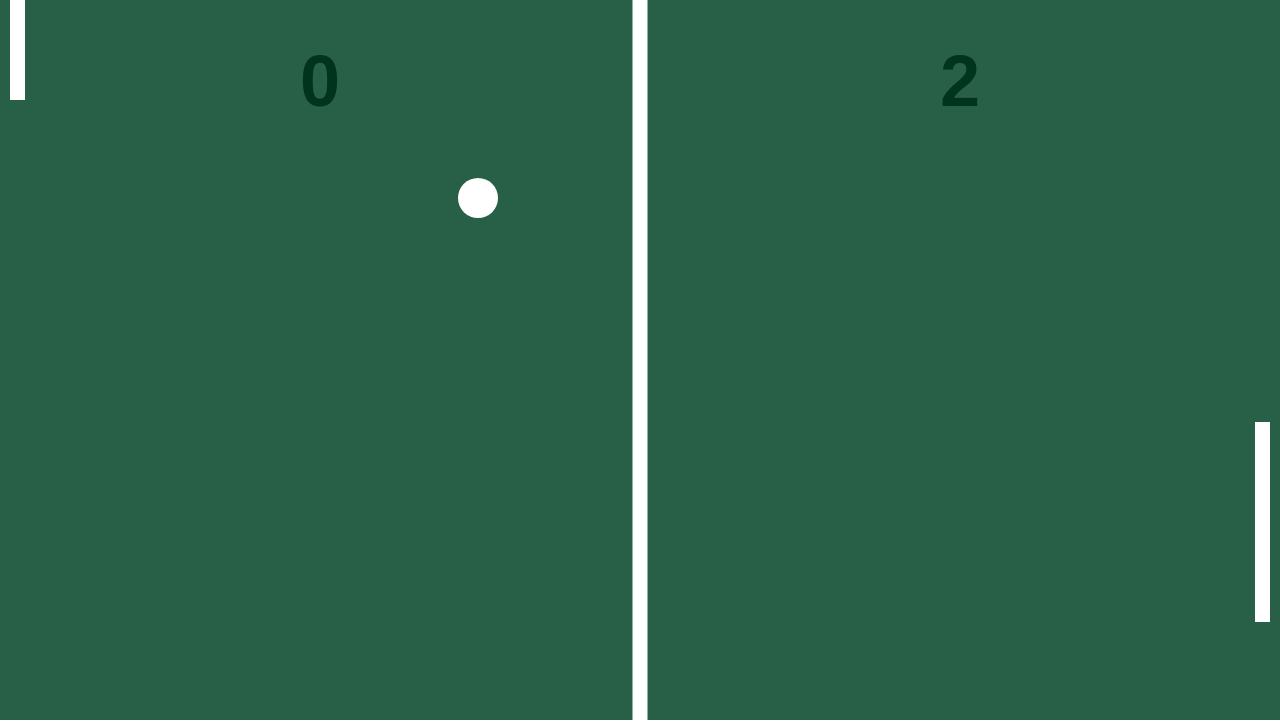
Repository: carlosrobertofigueiredo/Projeto-Ping-Pong
Page: index.html
These files come from the project's save history. The page is drawn as it stood at one moment and after the next save; the edit follows.
The browser window is 1280 px wide. The pictures show the whole page.

Above is the page before, as saved 2023-05-01 18:23:13.

### index.html
<!DOCTYPE html>
<html lang="en">
  <head>
    <meta charset="UTF-8" />
    <meta http-equiv="X-UA-Compatible" content="IE=edge" />
    <meta name="viewport" content="width=device-width, initial-scale=1.0" />
    <title>Jogo Ping-Pong</title>
    <style>
      * {
        overflow: hidden;
        margin: 0;
        padding: 0;
      }
   </style>
  </head>
  <body>
    <canvas></canvas>
    <script>
      //Captura o elemento canvas do DOM
      const canvasEl = document.querySelector("canvas"),
        canvasCtx = canvasEl.getContext("2d"),
        gapX = 10 //gapX = afastamento da raquete em relação a borda

        const mouse = { x: 0, y: 0}

      const field = {
        w: window.innerWidth,
        h: window.innerHeight,
        draw: function () {
          canvasCtx.fillStyle = "#286047" //fillStyle define o estilo do objeto
          canvasCtx.fillRect(0, 0, this.w, this.h) //fillRect define as medidas do retângulo, this - faz referência ao objeto interno
        },
      }

      const line = {
        w: 15,
        h: field.h,
        draw: function(){
          canvasCtx.fillStyle = "#ffffff"

         // desenha linha central
         canvasCtx.fillRect(field.w / 2 - this.w / 2, 0, this.w, this.h) // field faz referência ao objeto da cons field e o this aos parâmetros internos do próprio objeto

           /* const x = window.innerHeight / 2 - lineWidth / 2 //largura do campo dividido por dois e a largura divida por dois, caso queira mudar a espessura da linha no futuro fica mais fácil para centralizar a linha
        const y = 0 // onde começa a linha
        const w = lineWidth  //largura é a própria linha
        const h = window.innerHeight

        canvasCtx.fillRect(x,y,w,h) */

        },
      }

      const leftPaddle = {
        x: gapX,
        y: 0,
        w: line.w,
        h: 200,
        _move: function(){
          this.y = mouse.y - this.h / 2 //a raquete se orienta pelo movimento do mouse e o this.h/2 coloca o ponteiro do mouse no meio da raquete
        },
        draw: function(){
          canvasCtx.fillStyle = "#ffffff"
          // desenha a raquete esquerda
        canvasCtx.fillRect(this.x, this.y, this.w, this.h)  //  this.x = afastamento da raquete da borda), this.y = altura da raquete em relação ao topo,  this.w = largura da linha, this.h = altura da raquete

         this._move() // chama a função move para controlar a raquete
       },
      }


      const rightPaddle = {
        x: field.w - line.w - gapX,
        y: 0,
        w: line.w,
        h: 200,
        speed: 5,
        _move: function () {
          if (this.y + this.h / 4 < ball.y + ball.r) {
            this.y += this.speed
          } else {
            this.y -= this.speed
          }
        },

        speedUp: function() {
          this.speed += 2

        },

        draw: function(){
          canvasCtx.fillStyle = "#ffffff"
         // desenha a raquete direita
        canvasCtx.fillRect(this.x, this.y, this.w, this.h)  //  this.x = afastamento da raquete da borda), this.y = altura da raquete em relação ao topo,  this.w = largura da linha, this.h = altura da raquete

          this._move()
       },
      }

      const score = {
        human: 0,
        computer: 0,
        increaseHuman: function () {
          this.human++
        },
        increaseComputer: function () {
          this.computer++
        },
        draw: function(){

          // desenha o placar
        canvasCtx.font = "bold 72px Arial"
        canvasCtx.textAlign = "center"
        canvasCtx.textBaseline = "top"
        canvasCtx.fillStyle = "#01341D"
        canvasCtx.fillText(this.human, field.w / 4, 50) //primeiro parâmetro é o texto do placar = 3, o segundo parâmento é o primeiro 1/4 do campo = window.innerWidth / 4, o terceiro parâmetro é o y que corresponde a altura do placar.
        canvasCtx.fillText(this.computer, field.w / 4 + field.w / 2, 50)

        },

      }

      const ball = {

        x: 0,
        y: 0,
        r:  20,
        speed: 5,
        directionX: 1, //diz a trajetória da bolinha, 1 = bolinha indo pra frente e -1 bolinha pra trás.
        directionY: 1, //diz a trajetória da bolinha, 1 = bolinha indo pra baixo e -1 bolinha pra cima.

        _calcPosition: function(){

          // verifica se o jogador 1 fez um ponto (x > largura do campo)
          if (this.x > field.w - this.r - rightPaddle.w - gapX) {
            // verifica se a raquete direita está na posição y da bola
            if (
              this.y + this.r > rightPaddle.y &&
              this.y - this.r < rightPaddle.y + rightPaddle.h
            ) {
              // rebate a bola intervertendo o sinal de X
              this._reverseX()
            } else {
              // pontuar o jogador 1
              score.increaseHuman()
              this._pointUp()
            }
          }
           // verifica se o jogador 2 fez um ponto
           if (this.x < this.r + leftPaddle.w + gapX) {
            // verifica se a raquete esquerda está na posição y da bola
            if (this.y + this.r > leftPaddle.y && this.y - this.r < leftPaddle.y + leftPaddle.h){
               // rebate a bola intervertendo o sinal de X
               this._reverseX()
            }  else {
              // pontuar o jogador 2
              score.increaseComputer()
              this._pointUp()
            }
           }


          //verifica as laterais superior e inferior do campo
          if(
            (this.y - this.r < 0 && this.directionY < 0 ) ||  //reveter o y na parte superior do campo, this.r desconsidera o centro do raio para rebater pela borda
            (this.y > field.h - this.r && this.directionY > 0) //no momento que o Y da bolinha começar a descer, se ela for maior que a altura de campo se inverte a direção, this.r desconsidera o centro do raio para rebater pela borda
            ){
              // rebate a bola invertendo o sinal do eixo Y
              this._reverseY()

          }
        },

        _reverseX: function(){
          this.directionX *= -1
        },

        _reverseY: function(){
          /*
          1 * -1 = -1
          -1 * -1 =  1 */

          this.directionY *= -1
        },

        _speedUp: function() {
          this.speed += 2
        },

        _pointUp: function () {
          this._speedUp()
          rightPaddle.speedUp()
          this.x = field.w / 2
          this.y = field.h / 2

        },

        _move: function(){
          this.x += this.directionX * this.speed
          this.y += this.directionY * this.speed
        },
        draw: function() {

          // desenha a bolinha
        canvasCtx.fillStyle = "#ffffff"
        canvasCtx.beginPath()  //o comando arc não tem um comando fillarc, por isso é necessário colocar o arc entre o beginPath() e o fill()
        canvasCtx.arc(this.x, this.y, this.r, 0, 2 * Math.PI, false)  //arc(x, y, r, 0, 0.0 * Math.PI, false) x,y = posição do arco(bolinha), r = tamanho da bolinha, 0 = inicio do arco, 2.0 * PI define o circulo
        canvasCtx.fill()

        this._calcPosition()
        this._move()

        },

        }


       /*Função p/ definir altura e largura do campo*/
       function setup() {
        canvasEl.width = canvasCtx.width = field.w
        canvasEl.height = canvasCtx.height = field.h
      }

      /* Função de desenho dos elementos do campo*/
        function draw() {
        field.draw()
        line.draw()
        leftPaddle.draw()
        rightPaddle.draw()
        score.draw()
        ball.draw()

      }




      window.animateFrame = ( function () {
         return(
           window.requestAnimationFrame ||
           window.webkitRequestAnimationFrame ||
           window.mozRequestAnimationFrame ||
           window.oRequestAnimationFrame ||
           window.msRequestAnimationFrame ||
           function (callback) {
            return window.setTimeout(callback, 1000 / 60)
           }
          )
         })()

         function main() {
          animateFrame(main)
          draw()
         }

         setup()
         main()

         canvasEl.addEventListener("mousemove", function (e) {
          mouse.x = e.pageX
          mouse.y = e.pageY



         })


    </script>
  </body>
</html>

After the next save:
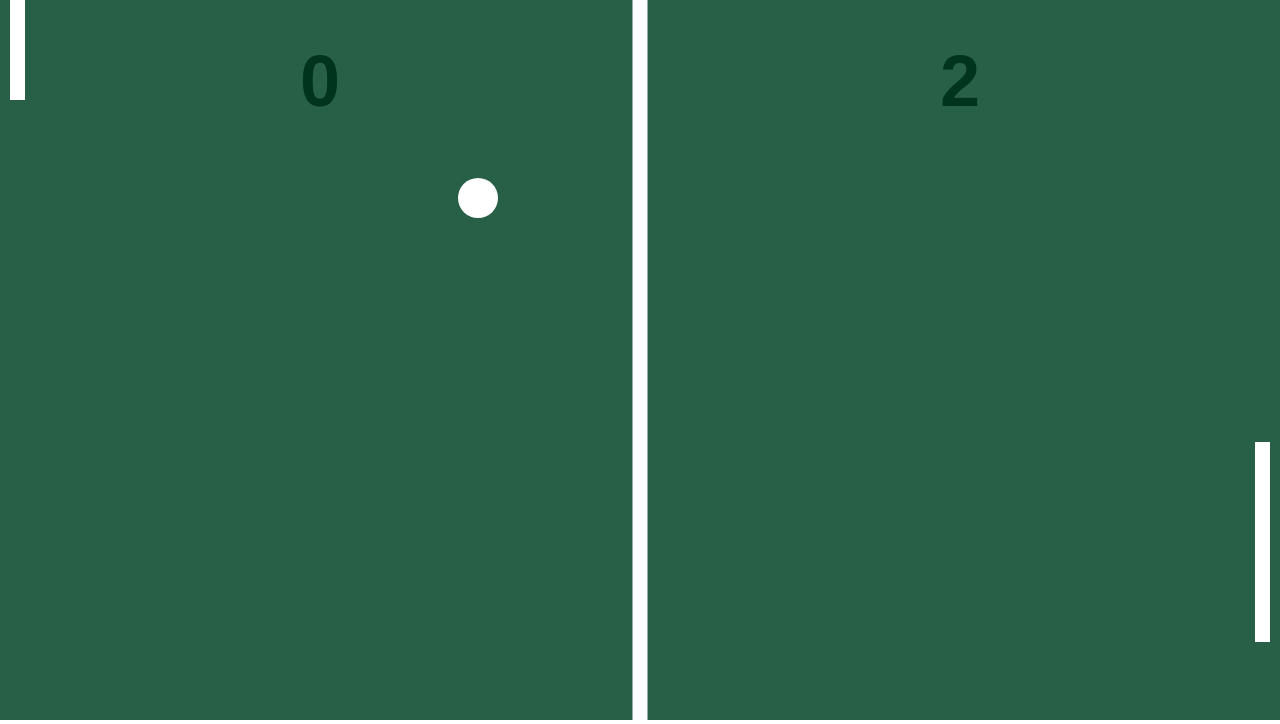
Saved 23 s later.
--- a/index.html
+++ b/index.html
@@ -76,7 +76,7 @@
         h: 200,
         speed: 5,
         _move: function () {
-          if (this.y + this.h / 4 < ball.y + ball.r) {
+          if (this.y + this.h / 6 < ball.y + ball.r) {
             this.y += this.speed
           } else {
             this.y -= this.speed
